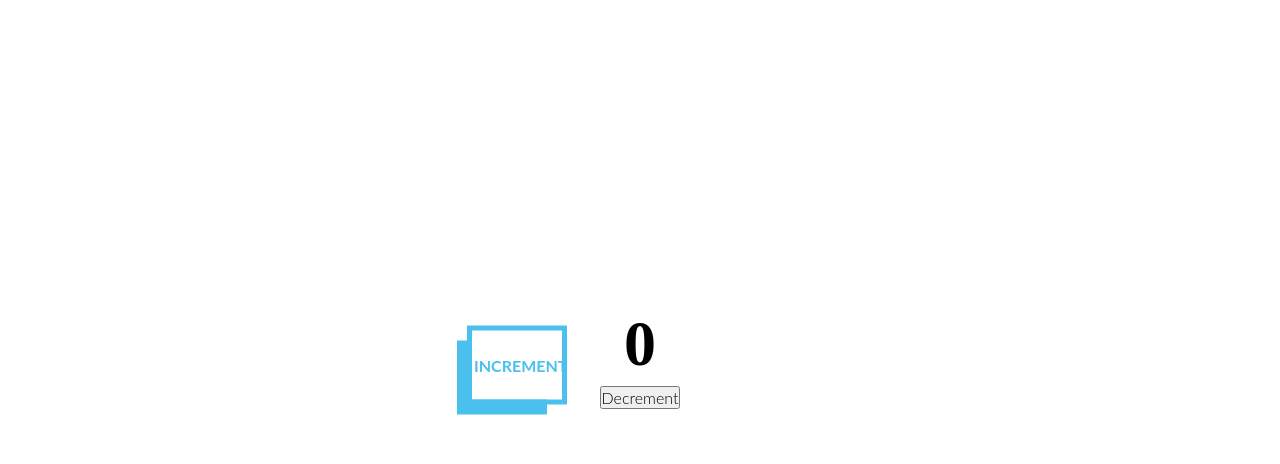
Repository: Ellisvelandia/react_introduction_test
Page: /
These files come from the project's save history. The page is drawn as it stood at one moment and after the next save; the edit follows.
The browser window is 1280 px wide. The pictures show the whole page.
The project was rebuilt for these pictures with package versions that can differ from the ones it lists, and the page was loaded fresh each time. Also part of the build but not shown: src/index.css.

Above is the page before, as saved 2022-08-15 20:08:42.

### src/App.js
import "./App.scss";
import React, { useState } from "react";

const App = () => {
  const [num, changeNum] = useState(0);

  const incrementNum = () => {
    changeNum(num + 2);
  };

  const decrementNum = () => {
    if (num - 1 < 0) {
      alert(`you can't decrease than 0`);
    } else {
      changeNum(num - 2);
    }
  };

  return (
    <>
      <div className="container">
        <h1>{num}</h1>
        <button className="button_I" onClick={incrementNum}>Increment</button>
        <button className="button_D" onClick={decrementNum}>Decrement</button>
      </div>
    </>
  );
};

export default App;

### src/App.scss
* {
  margin: 0;
  padding: 0;
  box-sizing: border-box;
}

body {
  width: 100%;
  height: 100vh;
  display: flex;
  justify-content: center;
  align-items: center;
  flex-direction: column;
}

.container {
  align-self: center;
}

h1 {
  text-align: center;
  font-size: 4rem;
}

button {
  font-size: 1rem;
  margin: 5px;
  font-family: "Lato", sans-serif;
  font-weight: 300;
}


.button_I {
  position: absolute;
  left: 40%;
  top: 50%;
  transform: translateX(-50%) translateY(-50%);

  background: #fff;
  max-width: 100px;
  padding: 25px 2px;

  border: 5px solid #4ac0ee;
  color: #4ac0ee;
  font-weight: bold;
  text-transform: uppercase;
  text-align: center;

  z-index: 2;
  transition: all 0.15s 0.15s ease-out;

  &:after,
  &:before {
    position: absolute;
    width: 100%;
    max-width: 100%;
    top: 100%;
    left: 0;
    bottom: -10px;
    content: "";
    z-index: 1;
    transition: all 0.15s 0.15s ease-out;
  }

  &:before {
    background: #4ac0ee;
    top: 10px;
    left: -15px;
    height: 100%;
    width: 15px;
  }

  &:after {
    width: 100%;
    background: #4ac0ee;
    right: 0px;
    left: -15px;
    height: 15px;
  }

  &:hover {
    background: #4ac0ee;
    color: #fff;
    margin-left: -7.5px;
    margin-bottom: -7.5px;

    &:after,
    &:before {
      top: 100%;
      left: 0;
      bottom: 0px;
    }

    &:before {
      top: 0px;
      left: 0px;
      width: 0px;
    }

    &:after {
      right: 0px;
      left: 0px;
      height: 0px;
    }
  }
}

Loaded but not shown: public/index.html (common file); src/index.js (common file); src/reportWebVitals.js (common file)

After the next save:
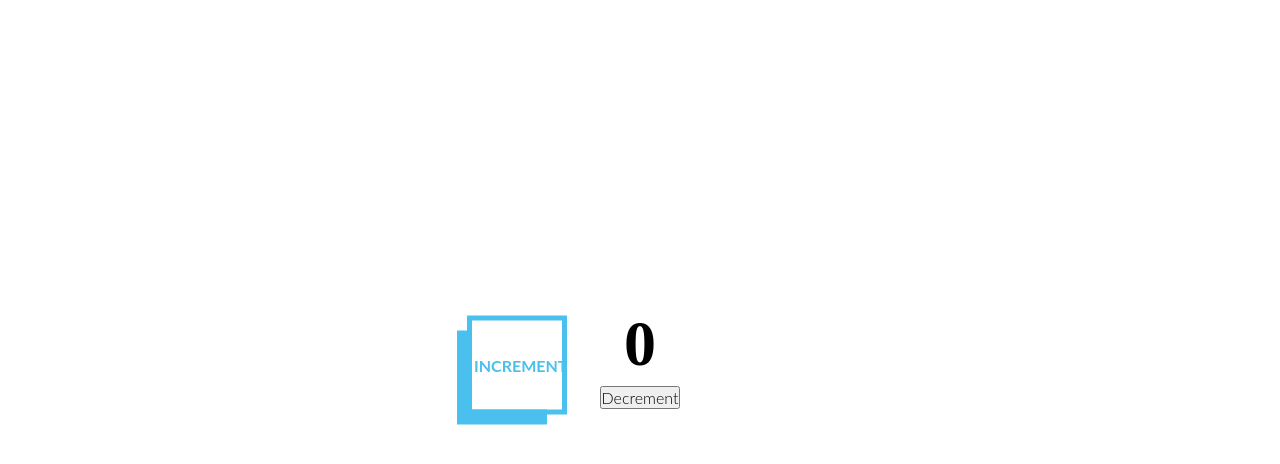
Saved 5 s later.
--- a/src/App.scss
+++ b/src/App.scss
@@ -38,7 +38,7 @@ button {
 
   background: #fff;
   max-width: 100px;
-  padding: 25px 2px;
+  padding: 35px 2px;
 
   border: 5px solid #4ac0ee;
   color: #4ac0ee;

After the save that followed:
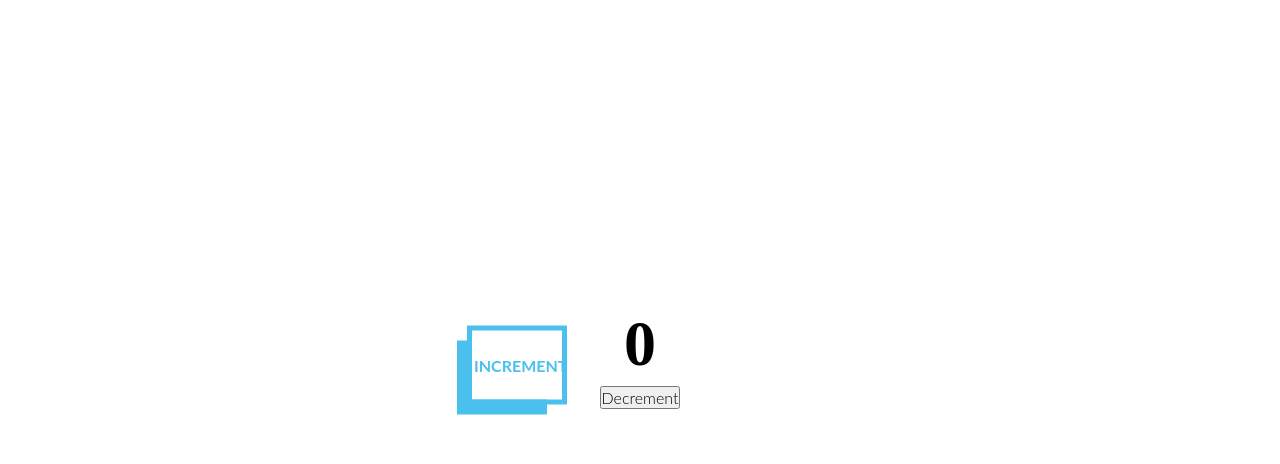
Saved 4 s later.
--- a/src/App.scss
+++ b/src/App.scss
@@ -38,7 +38,7 @@ button {
 
   background: #fff;
   max-width: 100px;
-  padding: 35px 2px;
+  padding: 25px 2px;
 
   border: 5px solid #4ac0ee;
   color: #4ac0ee;
